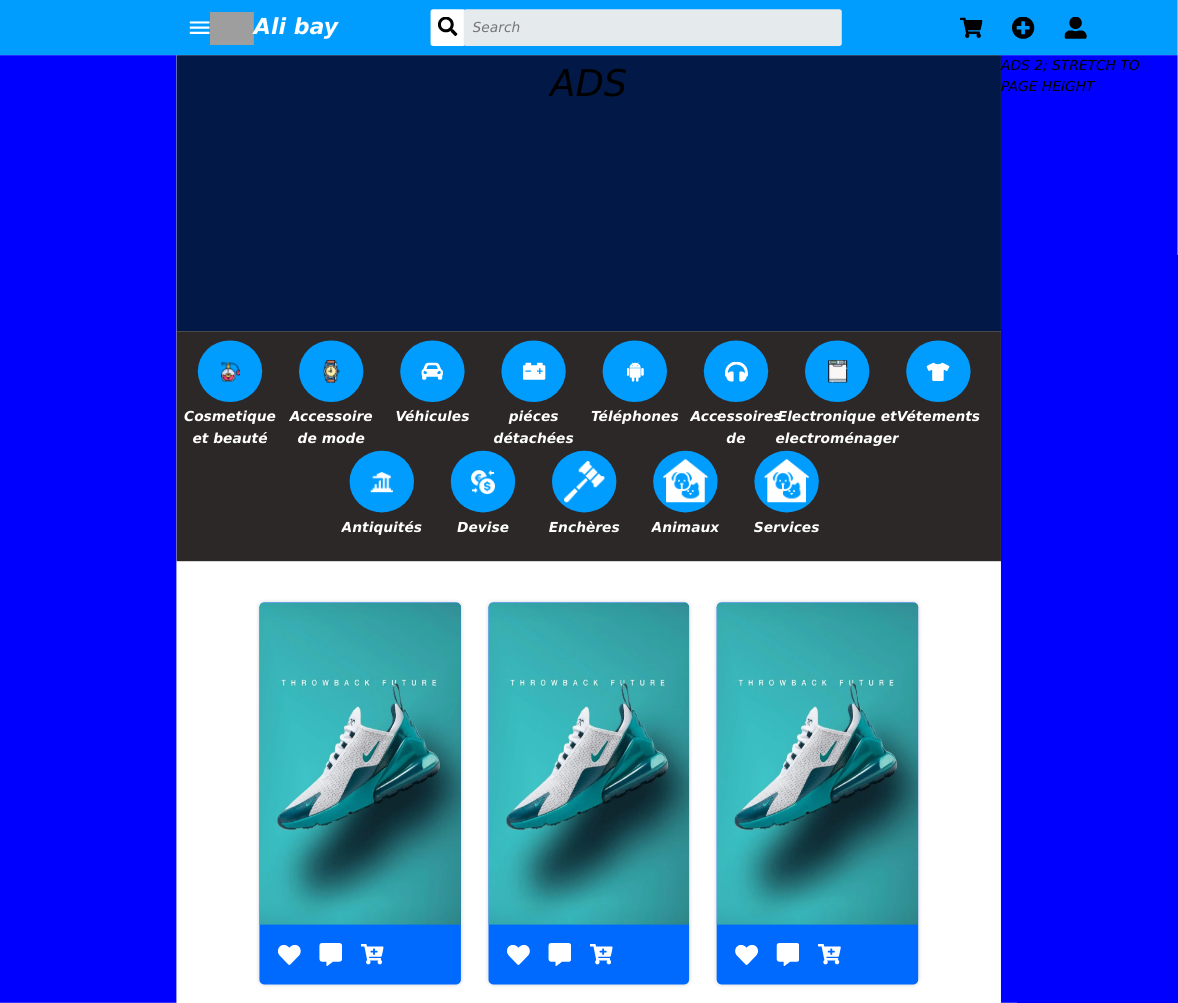
Repository: Aramys21/alibay-site
Page: home.html
The author's editor kept a copy of each file at every save. The page is drawn from the files as they stood at one save, then again after a run of saves.
The browser window is 1280 px wide. The pictures show the whole page, at 92% of full size.
Pictures or frames that could not be fetched are drawn as grey boxes.

Above is the page before, as saved 2023-03-29 10:36:45.

### home.html
<!DOCTYPE html>
<html>

<head>
	<link rel="stylesheet" href="src/css/w3.css">
	<link rel="stylesheet" href="src/css/style.css">
	<link rel="stylesheet" href="https://cdnjs.cloudflare.com/ajax/libs/font-awesome/6.4.0/css/all.min.css">
	<title>Home</title>
</head>

<body>
	<div class="w3-sidebar w3-bar-block w3-card w3-animate-left side-bar" style="display:none" id="mySidebar">
		<!-- Side bar Menu -->
		<div class="sidebar-language">
			<button class="w3-bar-item w3-button w3-xlarge sidebar">ENG</button>
			<button class="w3-bar-item w3-button w3-xlarge sidebar">FR</button>
			<button class="w3-bar-item w3-button w3-xlarge sidebar">عربي</button>
		</div>
		<!-- contents of side bar -->
		<a class="w3-bar-item sidebar-title">Compte</a>
		<a href="login.html" class="w3-bar-item sidebar-link"><img class="search-icon"
				src="src/icons/account-white-icon.svg" style="height:12px;"> Login</a>
		<a href="register.html" class="w3-bar-item sidebar-link"><img class="search-icon"
				src="src/icons/account-add-icon.svg" style="height:12px;"> Register</a>
		<!-- separator -->
		<a class="w3-bar-item sidebar-title">Categories</a>
		<a href="#" class="w3-bar-item sidebar-link"><img class="search-icon" src="src/icons/car-icon.svg"
				style="height:18px;"> Véhicules</a>
		<a href="#" class="w3-bar-item sidebar-link"><img class="search-icon" src="src/icons/battery-icon.svg"
				style="height:18px;"> piéces détachées</a>
		<a href="#" class="w3-bar-item sidebar-link"><img class="search-icon" src="src/icons/android-icon.svg"
				style="height:18px;"> Téléphones</a>
		<a href="#" class="w3-bar-item sidebar-link"><img class="search-icon" src="src/icons/headphones-icon.svg"
				style="height:18px;"> Accessoires de téléphones</a>
		<a href="#" class="w3-bar-item sidebar-link"><img class="search-icon" src="src/icons/appliance-icon.svg"
				style="height:18px;"> Electronique et electroménager</a>
		<a href="vetements.html" class="w3-bar-item sidebar-link"><img class="search-icon"
				src="src/icons/clothes-icon.svg" style="height:18px;"> Vétements</a>
				<a href="vetements.html" class="w3-bar-item sidebar-link"><img class="search-icon"
					src="src/icons/animal.png" style="height:18px;"> animaux</a>
		<a href="vetements.html" class="w3-bar-item sidebar-link"><img class="search-icon"
				src="src/icons/clothes-icon.svg" style="height:18px;"> Services</a>
		<a href="vetements.html" class="w3-bar-item sidebar-link"><img class="search-icon"
				src="src/icons/clothes-icon.svg" style="height:18px;"> Change/Devises</a>
		<a href="vetements.html" class="w3-bar-item sidebar-link"><img class="search-icon"
				src="src/icons/clothes-icon.svg" style="height:18px;"> CryptoMonnaies</a>
		<a href="#" class="w3-bar-item sidebar-link"><img class="search-icon" src="src/icons/perfume-icon.svg"
				style="height:18px;"> Cosmetique et beauté</a>
		<a href="#" class="w3-bar-item sidebar-link"><img class="search-icon" src="src/icons/watch-icon.svg"
				style="height:18px;"> Accessoire de mode</a>
		<a href="#" class="w3-bar-item sidebar-link"><img class="search-icon" src="src/icons/battery-icon.svg"
				style="height:18px;"> Devise</a>
		<a href="#" class="w3-bar-item sidebar-link"><img class="search-icon" src="src/icons/battery-icon.svg"
				style="height:18px;"> Devise</a>
		<a href="#" class="w3-bar-item sidebar-link"><img class="search-icon" src="src/icons/battery-icon.svg"
				style="height:18px;"> Devise</a>

		</div>
		<div id="navbar" class="navbar">
			<a href="#" id="openNav" class="w3-large navbar-first" onclick="menu_click()"><svg width="22" height="14"
					viewBox="0 0 22 14" fill="none" xmlns="http://www.w3.org/2000/svg">
					<path
						d="M0.785714 2.57143H21.2143C21.6482 2.57143 22 2.31561 22 2V0.571429C22 0.255821 21.6482 0 21.2143 0H0.785714C0.351754 0 0 0.255821 0 0.571429V2C0 2.31561 0.351754 2.57143 0.785714 2.57143ZM0.785714 8.28571H21.2143C21.6482 8.28571 22 8.02989 22 7.71429V6.28571C22 5.97011 21.6482 5.71429 21.2143 5.71429H0.785714C0.351754 5.71429 0 5.97011 0 6.28571V7.71429C0 8.02989 0.351754 8.28571 0.785714 8.28571ZM0.785714 14H21.2143C21.6482 14 22 13.7442 22 13.4286V12C22 11.6844 21.6482 11.4286 21.2143 11.4286H0.785714C0.351754 11.4286 0 11.6844 0 12V13.4286C0 13.7442 0.351754 14 0.785714 14Z"
						fill="white" />
				</svg>
			</a>
			<div class="navbar__logo"><a href="home.html"><img src="src/images/logo-ab.png"
						style="width:8%;height:auto;" />Ali bay</a></div>
			<div class="navbar__search">
				<a class="search-icon-link" href="#"><img class="search-icon" src="src/icons/search-icon.svg"
						style="width:22px;"></a>
				<input type="text" placeholder="Search" class="navbar__search__input" />
			</div>
			<div class="navbar__links">


				<div class="dropdown">
					<a href="#" class="dropbtn"><img class="nav-icons" src="src/icons/cart-icon.svg"></a>
					<div id="dropdown-cart" class="dropdown-content">
						<p>My Cart</p>
						<a href="product-page.html"><img class="search-icon" src="src/icons/clothes-icon.svg"> Link
							1</a>
						<a href="#"><img class="search-icon" src="src/icons/watch-icon.svg"> Link 2</a>
						<a href="#"><img class="search-icon" src="src/icons/appliance-icon.svg"> Link 3</a>
					</div>
				</div>

				<div class="dropdown">
					<a href="ad_list.html" class="dropbtn"><img class="nav-icons" src="src/icons/add-icon.svg"></a>
				</div>

				<div class="dropdown">
					<a href="#" class="dropbtn"><img class="nav-icons" src="src/icons/account-icon.svg"></a>
					<div id="dropdown-acc" class="dropdown-content">
						<p>My Account</p>
						<div class="dropdown-acc-info-container">
							<div class="dropdown-acc-icon"><img id="dropdown-account-icon"
									src="src/icons/account-icon.svg">
							</div>
							<a id="dropdown-acc-username">WexDex</a>
						</div>

						<a href="#">Disconnect</a>
					</div>
				</div>

			</div>
		</div>

		<script>
			function menu_click() {
				if (document.getElementById("mySidebar").style.display === "none") {
					document.getElementById("mySidebar").style.left = "0";
					document.getElementById("mySidebar").style.width = "15%";
					document.getElementById("mySidebar").style.display = "block";
				}
				else {
					document.getElementById("mySidebar").style.display = "none";
				}
			}
			function w3_close() {
				document.getElementById("mySidebar").style.display = "none";
			}
		</script>

		<!-- Body Start -->
		<div id="container" style="display:flex;">
			<div class="left">

			</div>
			<div class="main">
				<!-- ADS -->
				<div class="ad-box">
					<p>ADS</p>
				</div>

				<!-- Categories -->
				<div class="category-links">
					<a href="#" class="category-link">
						<!-- change class to "active-category" if it's the selected category -->
						<div class="category-icon"><img src="src/icons/perfume-icon.svg"></div>
						<div class="category-text">Cosmetique et beauté</div>
					</a>
					<a href="#" class="category-link">
						<div class="category-icon"><img src="src/icons/watch-icon.svg"></div>
						<div class="category-text">Accessoire de mode</div>
					</a>
					<a href="#" class="category-link">
						<div class="category-icon"><img src="src/icons/car-icon.svg"></div>
						<div class="category-text">Véhicules</div>
					</a>
					<a href="#" class="category-link">
						<div class="category-icon"><img src="src/icons/battery-icon.svg"></div>
						<div class="category-text">piéces détachées</div>
					</a>
					<a href="#" class="category-link">
						<div class="category-icon"><img src="src/icons/android-icon.svg"></div>
						<div class="category-text">Téléphones</div>
					</a>
					<a href="#" class="category-link">
						<div class="category-icon"><img src="src/icons/headphones-icon.svg"></div>
						<div class="category-text">Accessoires de téléphones</div>
					</a>
					<a href="#" class="category-link">
						<div class="category-icon"><img src="src/icons/appliance-icon.svg"></div>
						<div class="category-text">Electronique et electroménager</div>
					</a>
					<a href="vetements.html" class="category-link">
						<div class="category-icon"><img src="src/icons/clothes-icon.svg"></div>
						<div class="category-text">Vétements</div>
					</a>
					<a href="vetements.html" class="category-link">
						<div class="category-icon"><img src="src/icons/ruins.png"></div>
						<div class="category-text">Antiquités</div>
					</a><a href="vetements.html" class="category-link">
						<div class="category-icon"><img src="src/icons/currency.png"></div>
						<div class="category-text">Devise</div>
					</a>
					<a href="vetements.html" class="category-link">
						<div class="category-icon"><img class="icn" src="src/icons/auction.png"></div>
						<div class="category-text">Enchères</div>
					</a>
					<a href="vetements.html" class="category-link">
						<div class="category-icon"><img class="icn" src="src/icons/animal.png"></div>
						<div class="category-text">Animaux</div>
					</a>
					<a href="vetements.html" class="category-link">
						<div class="category-icon"><img class="icn" src="src/icons/animal.png"></div>
						<div class="category-text">Services</div>
					</a>
				</div>

				<!-- Products List  -->
				<div class="product-list">
					<!-- a single product start -->
					<div class="product-card">
						<a href="product-page.html"><img class="product-card-img" src="src/images/ades (1).png"
								alt="Product Image"></a>
						<!-- <h2>Product 1</h2> -->
						<!-- <p>Lorem ipsum dolor sit amet, consectetur adipiscing elit, sed do eiusmod tempor incididunt ut labore et dolore magna aliqua.</p> -->
						<div class="product-icons">
							<a href="#" class="card-icon-links"><img class="card-icons"
									src="src/icons/like-icon.svg"></a>
							<a href="product-page.html" class="card-icon-links"><img class="card-icons"
									src="src/icons/comment-icon.svg"></a>
							<a href="#" class="card-icon-links"><img class="card-icons"
									src="src/icons/add-to-cart-icon.svg"></a>
						</div>
					</div>
					<!-- end of one product -->
					<!-- a single product start -->
					<div class="product-card">
						<a href="product-page.html"><img class="product-card-img" src="src/images/ades (1).png"
								alt="Product Image"></a>
						<!-- <h2>Product 1</h2> -->
						<!-- <p>Lorem ipsum dolor sit amet, consectetur adipiscing elit, sed do eiusmod tempor incididunt ut labore et dolore magna aliqua.</p> -->
						<div class="product-icons">
							<a href="#" class="card-icon-links"><img class="card-icons"
									src="src/icons/like-icon.svg"></a>
							<a href="product-page.html" class="card-icon-links"><img class="card-icons"
									src="src/icons/comment-icon.svg"></a>
							<a href="#" class="card-icon-links"><img class="card-icons"
									src="src/icons/add-to-cart-icon.svg"></a>
						</div>
					</div>
					<!-- end of one product -->
					<!-- a single product start -->
					<div class="product-card">
						<a href="product-page.html"><img class="product-card-img" src="src/images/ades (1).png"
								alt="Product Image"></a>
						<!-- <h2>Product 1</h2> -->
						<!-- <p>Lorem ipsum dolor sit amet, consectetur adipiscing elit, sed do eiusmod tempor incididunt ut labore et dolore magna aliqua.</p> -->
						<div class="product-icons">
							<a href="#" class="card-icon-links"><img class="card-icons"
									src="src/icons/like-icon.svg"></a>
							<a href="product-page.html" class="card-icon-links"><img class="card-icons"
									src="src/icons/comment-icon.svg"></a>
							<a href="#" class="card-icon-links"><img class="card-icons"
									src="src/icons/add-to-cart-icon.svg"></a>
						</div>
					</div>
					<!-- end of one product -->
				</div>


			</div>
			<div class="right">ADS 2; STRETCH TO PAGE HEIGHT</div>
		</div>

		<a href="#" class="back-to-top"></a>
		<script>
			const backToTopButton = document.querySelector('.back-to-top');

			window.addEventListener('scroll', () => {
				if (window.scrollY > 200) {
					backToTopButton.classList.add('show');
				} else {
					backToTopButton.classList.remove('show');
				}
			});

			backToTopButton.addEventListener('click', () => {
				window.scrollTo({ top: 0, behavior: 'smooth' });
			});

		</script>
</body>

</html>

### src/css/style.css
html,
body {

  font-style: italic;
}

/* Style for the navbar */
  .navbar {
	display: flex;
	justify-content: space-between;
	align-items: center;
	background-color: #009dff;
	color: #fff;
	padding: 10px;
	height: 60px;
  }
  .navbar__logo a {
	font-size: 24px;
	font-weight: bold;
	display: inline;
	color: #fff;
	text-decoration: none;

  }
  .navbar__logo img {
	  width:20% !important;
  }
  .navbar-first {
	  margin-left: 15%;
  }
  .navbar__logo {
	  display: inline;
	  width: 30%;
  }
  .navbar__search {
	  display: flex;
	  width:70%;
  }

  .navbar__search__input {
	/* margin: 0 20px; */
	margin-left: -2px;
	height: 40px;
	border-radius: 3px;
	border: none;
	padding: 0 10px;
	z-index: 1;
  }

  input[type="text"].navbar__search__input {
	margin-right: 20%;
	width: 100% !important;
	background-color: #e5eaed;
  }
  .search-icon-link {
	padding-top: 7px;
	background-color: #ffffff;
	border-radius: 3px;
	border: none;
	padding-left: 8px;
	padding-right: 8px;
  }

  .navbar__links {
	display: flex;
	margin-right: 5%;
  }
  .navbar__links a {
	color: #000;
	text-decoration: none;
	margin-right: 30px;
	font-size: 20px;
	margin-right: 50px;
  }
  .navbar__links a:last-child {
	margin-right: 0;
  }


  .nav-icons {
	  fill: black;
	  color: black;
  }

.side-bar {
	transition: 0.5s;
	background-color: #009dff;
	color: #fff;
}

#navbar {
  transition: margin-left .5s;
  padding: 20px;
}

@media screen and (max-height: 450px) {
  .navbar {padding-top: 15px;}
  .navbar a {font-size: 18px;}
}

/* Drop down */

.dropdown {
  float: left;
  overflow: hidden;
}

.dropdown .dropbtn {
  font-size: 16px;
  border: none;
  outline: none;
  color: white;
  padding: 14px 16px;
  background-color: inherit;
  font-family: inherit;
  margin: 0;
}

.navbar a:hover, .dropdown:hover .dropbtn {

}

.dropdown-content {
  display: none;
  position: absolute;
  background-color: #f9f9f9;
  box-shadow: 0px 8px 16px 0px rgba(0,0,0,0.2);
  z-index: 1;
  right : 10px;
}
#dropdown-cart {
	min-width: 400px;
}
#dropdown-acc {
	min-width: 250px;
}

.dropdown-acc-info-container {
	display: flex;
	align-items: center;
	background-color: #2D2828;
}
.dropdown-acc-info-container a {
	color: white;
	font-size: 20px;

}

.dropdown-acc-icon {
  display: flex;
  justify-content: center;
  align-items: center;
  width: 70px;
  height: 70px !important;
  border-radius: 50%;
  background-color: #FE5000;
  margin-bottom: 5px;
  color: white;
  margin: 5px;
}

.dropdown-acc-icon img {
	fill: #fff;
	color: #fff;
}

.dropdown-content a:not([id="dropdown-acc-username"]),.dropdown-content p,.dropdown-content img {
  float: none;
  color: #fff;
  padding: 6px 10px;
  text-decoration: none;
  display: flex;
  text-align: left;
  margin-right: 0;
  background-color: #FE5000;
}
.dropdown-content img {
	background-color: transparent;
}
.dropdown-content a {
	display: flex;
}

.dropdown-content p {
	background-color: #2D2828;
	margin-bottom: 0;
	margin-top: 0;
	font-size: 20px;
	color: #fff;
}
#dropdown-acc p {
	background-color: #000;
}

.dropdown-content a:hover:not([id="dropdown-acc-username"]),.dropdown-content img:hover {
  background-color: #942B0A;
}
#dropdown-account-icon:hover {
	background-color: transparent;
}

.dropdown:hover .dropdown-content {
  display: block;
}

/* Sidebar */

.sidebar-language button {
	width: 34%;
	font-size: 20px;
}
.sidebar-language {
	display: flex;
	background-color: #0077ff;
	color: #fff;
}
a.sidebar-title, a.sidebar-link {
	text-decoration: none;
}
a.sidebar-link {
	margin-left: 5%;
}
a.sidebar-link:hover {
	background-color: #942B0A;
}


/* Body Structure */
.container {
  justify-content: center;
  align-items: center;
}
.left,
.right {
  display:flex;
  /* height: 100%; */
  width: 15%;
}
.left {
  background-color: blue;
}

.right {
  background-color: blue;
}

.main {
  height: 100%;
  background-color: white;
  width: 70%;
}


/* Content */
.ad-box {
	height:300px;
	background-color: #021947;
	text-align: center;
	align-items: middle;
	margin: auto;
	width:100%;
}

.ad-box p {
	color: #000;
	font-size: 40px;
	margin: auto;
}

/* Categories */

.category-links {
	display: flex;
	justify-content: space-between;
	align-items: center;
  justify-content: center;
	background-color: #2D2828;
	height: 250px;
  padding-top: 10px;
	/* padding-left: 5%;
	padding-right: 5%; */
	flex-wrap: wrap;
	width:auto;
	/* margin-left: 15%; */
	/* margin-right: auto; */
}

.category-link {
  display: flex;
  flex-direction: column;
  justify-content: center;
  align-items: center;
  text-align: center;
  width: 100px;
  height: 120px;
  text-decoration: none;
  font-weight: bold;
  font-size: 1.2em;
  margin-right: 10px;
}

.category-icon {
  display: flex;
  justify-content: center;
  align-items: center;
  width: 70px;
  height: 70px !important;
  border-radius: 50%;
  background-color: #009dff;
  margin-bottom: 5px;
  color: white;
}
.category-icon.active-category {
  background-color: #8CBE39;
}

.category-icon img {
	fill: #fff;
	color: #fff;
}
.icn{
color: #fff;
fill: #fff;
height: 75% ;
}
.category-text {
  display: flex;
  text-overflow: ellipsis;
  overflow: hidden;
  word-wrap: break-word;
  color: white;
  font-size: 1rem;
  height: 50px;
}
/* Filter Bar */
.filter-container {
	/* width: 80%; */
	margin: auto;
	margin-top: 20px;
	display: flex;
	justify-content: center;
}
.filter-bar {
	display: flex;
	width: 40%;
	margin-right: 10%;
}
.filter-bar input {
	width: 100%;
	background-color: #009dff;
	border: none;
	color: white;
	border-top-left-radius: 5px;
	border-bottom-left-radius: 5px;
}

.filter-search-icon-link {
	padding: 8px;
	background-color: #08024f;
	border-top-right-radius: 3px;
	border-bottom-right-radius: 3px;
	border: none;
  }
/* Filter Dropdown */
.filter-dropdown {
  position: relative;
  display: inline-block;
}

.filter-btn {
  background-color: #009dff;
  color: white;
  padding: 10px;
  border: none;
  cursor: pointer;
  border-radius: 15px;
  font-size: 18px;
}

.filter-content {
  display: none;
  position: absolute;
  background-color: #009dff;
  min-width: 200px;
  z-index: 1;
  padding: 10px;
  box-shadow: 0px 8px 16px 0px rgba(0,0,0,0.2);
  border: black solid 1px;
}
.filter-content select,.filter-content input {
	background-color: #2D2828;
	color: white;
}

.filter-content form {
  margin: 0;
}

.filter-content label {
  display: block;
  font-weight: bold;
  margin-bottom: 5px;
}

.filter-content select, .filter-content input {
  display: block;
  margin-bottom: 10px;
  width: 100%;
  padding: 5px;
  border: 1px solid #ccc;
  border-radius: 4px;
  box-sizing: border-box;
}

.filter-content button[type=submit] {
  background-color: #4CAF50;
  color: white;
  border: none;
  padding: 10px;
  cursor: pointer;
}

.filter-dropdown:hover .filter-content {
  display: block;
}


/* Products List */
.product-list {
	display: flex;
	flex-wrap: wrap;
	justify-content: space-between;
	padding-left: 10%;
	padding-right: 10%;
	padding-top: 5%;
	width:100%;
}

.product-card {
  width: calc((100% / 3) - 20px);
  margin-bottom: 20px;
  box-shadow: 0 0 5px rgba(0, 0, 0, 0.2);
  border-radius: 5px;
  overflow: hidden;
  background-color: #006afe;
}

.product-card-img {
  display: block;
  width: 100%;
  height: 350px;
}

.product-card h2 {
  font-size: 1.2em;
  margin: 10px;
}

.product-card p {
  font-size: 0.9em;
  margin: 10px;
  color: #555;
}

.product-icons {
	display: flex;
	align-items: center;
	width: 50%;
}

.product-card a.card-icon-links {
  margin-left: 20px;
  padding: 20px 0px;
  border: none;
  color: white;
  font-weight: bold;
  border-radius: 5px;
  cursor: pointer;
}

.card-icons img {
	width: 33%;
	height: 33%;
}

/* Back to Top button */
.back-to-top {
  display: none;
  position: fixed;
  bottom: 20px;
  right: 20px;
  width: 50px;
  height: 50px;
  background-color: #007bff;
  color: white;
  border-radius: 50%;
  text-align: center;
  line-height: 50px;
  font-size: 24px;
  cursor: pointer;
  z-index: 9999;
  transition: opacity 0.4s ease-in-out;
  text-decoration: none;
}

.back-to-top:before {
  content: "\2191";
  font-family: Arial, sans-serif;
  font-weight: bold;
}

.back-to-top:hover {
  opacity: 0.8;
}

.back-to-top.active {
  display: block;
}


.back-to-top.show {
  display: block;
  opacity: 1;
}

Loaded but not shown: src/css/w3.css (library)

After the next 3 saves:
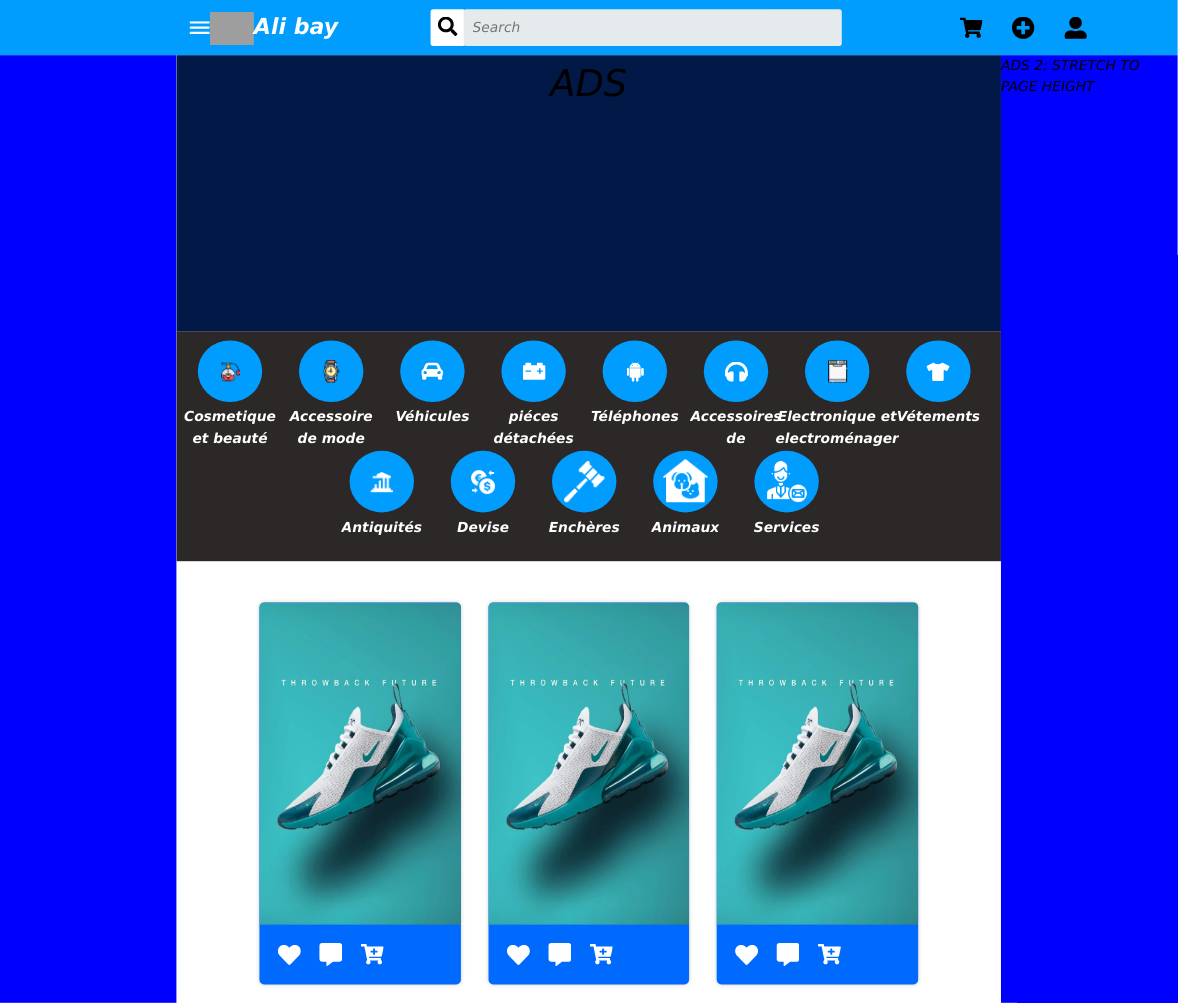
The 3 saves are shown as one change because they came seconds apart.
The last was saved 46 s later.
--- a/home.html
+++ b/home.html
@@ -185,7 +185,7 @@
 						<div class="category-text">Animaux</div>
 					</a>
 					<a href="vetements.html" class="category-link">
-						<div class="category-icon"><img class="icn" src="src/icons/animal.png"></div>
+						<div class="category-icon"><img class="icn" src="src/icons/services.png"></div>
 						<div class="category-text">Services</div>
 					</a>
 				</div>
